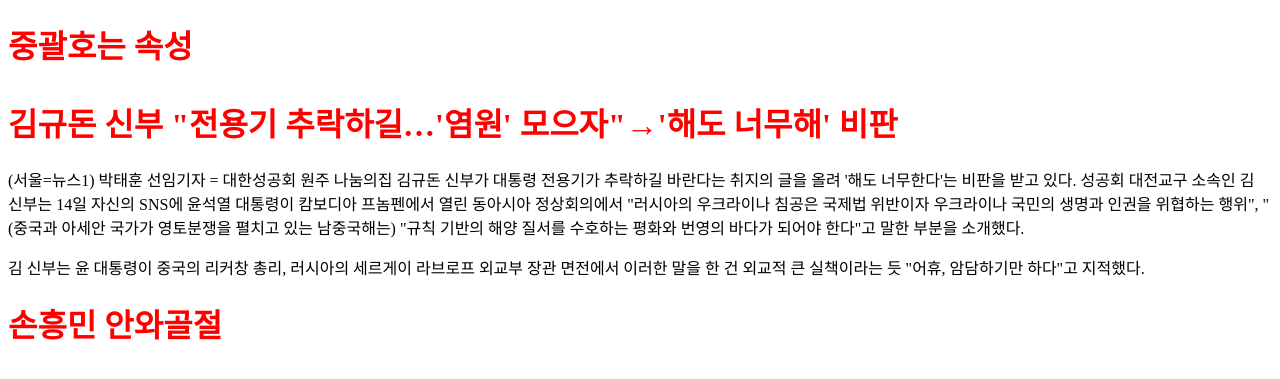
Repository: Junhee1412/front_end_practice
Page: jquery, bootstrap/js01_jquery/public/js02_selector.html
The author's editor kept a copy of each file at every save. The page is drawn from the files as they stood at one save, then again after the next save.
The browser window is 1280 px wide. The pictures show the whole page.

Above is the page before, as saved 2022-11-14 04:06:30.

### jquery, bootstrap/js01_jquery/public/js02_selector.html
<!DOCTYPE html>
<html>
<head>
	<meta charset="UTF-8">
	<title>Insert title here</title>
		<script src="https://code.jquery.com/jquery-3.6.0.min.js"
    	integrity="sha256-/xUj+3OJU5yExlq6GSYGSHk7tPXikynS7ogEvDej/m4="
    	crossorigin="anonymous"></script>
	<script>
		$(function(){
			//$('선택자')
			$('h1').css('color', 'red');//getElementsTagName('h1').css();
		});
	</script>
</head>
<body>
	<!-- {} : emmet에서 중괄호는 속성을 뜻한다. -->
	<!-- > : 하위객체를 의미 -->
	<!-- + : 동등객체를 의미 -->
	<!-- () : 그룹 -->
	<!-- [] : 대괄호는 속성 -->
	<!-- . : class속성 -->
	<!-- # : id 속성 -->
	<!-- h1{중괄호는 속성} tab키 치면 아래같이 만들어짐. -->
	<h1>중괄호는 속성</h1>
	<!-- h1+p tab키 치면 아래  -->
	<h1></h1>
	<p></p>
	<!-- h1>p tab-->
	<h1>
		<p></p>
	</h1>
	<!-- (h1>p)*5 는 h1>p를 5개 만들으라는 뜻 -->
	<h1>
		<p></p>
	</h1>
	<h1>
		<p></p>
	</h1>
	<h1>
		<p></p>
	</h1>
	<h1>
		<p></p>
	</h1>
	<h1>
		<p></p>
	</h1>
	<!-- h1[src] -->
	<h1 src=""></h1>
<!-- ------------------------------------------------------- -->

	<h1>김규돈 신부 "전용기 추락하길…'염원' 모으자"→'해도 너무해' 비판</h1>
	<p>(서울=뉴스1) 박태훈 선임기자 = 대한성공회 원주 나눔의집 김규돈 신부가 대통령 전용기가 추락하길 바란다는 취지의 글을 올려 '해도 너무한다'는 비판을 받고 있다.

성공회 대전교구 소속인 김 신부는 14일 자신의 SNS에 윤석열 대통령이 캄보디아 프놈펜에서 열린 동아시아 정상회의에서 "러시아의 우크라이나 침공은 국제법 위반이자 우크라이나 국민의 생명과 인권을 위협하는 행위", "(중국과 아세안 국가가 영토분쟁을 펼치고 있는 남중국해는) "규칙 기반의 해양 질서를 수호하는 평화와 번영의 바다가 되어야 한다"고 말한 부분을 소개했다.</p>
	<p>김 신부는 윤 대통령이 중국의 리커창 총리, 러시아의 세르게이 라브로프 외교부 장관 면전에서 이러한 말을 한 건 외교적 큰 실책이라는 듯 "어휴, 암담하기만 하다"고 지적했다.</p>
<!-- 	h1#target{손흥민 안와골절} -->
	<h1 id="target">손흥민 안와골절</h1>

</body>
</html>

After the next save:
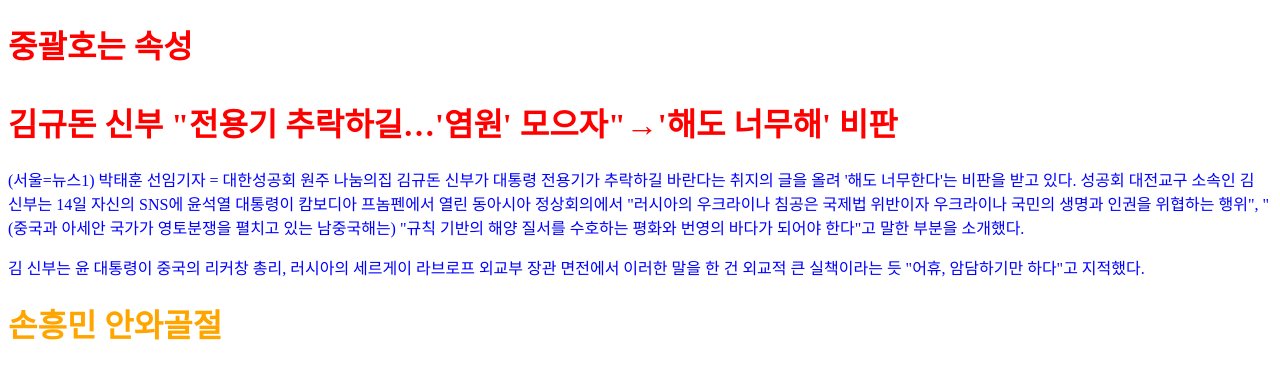
Saved 49 s later.
--- a/jquery, bootstrap/js01_jquery/public/js02_selector.html
+++ b/jquery, bootstrap/js01_jquery/public/js02_selector.html
@@ -10,6 +10,8 @@
 		$(function(){
 			//$('선택자')
 			$('h1').css('color', 'red');//getElementsTagName('h1').css();
+			$('p').css('color', 'blue');
+			$('#target').css('color', 'orange');
 		});
 	</script>
 </head>
